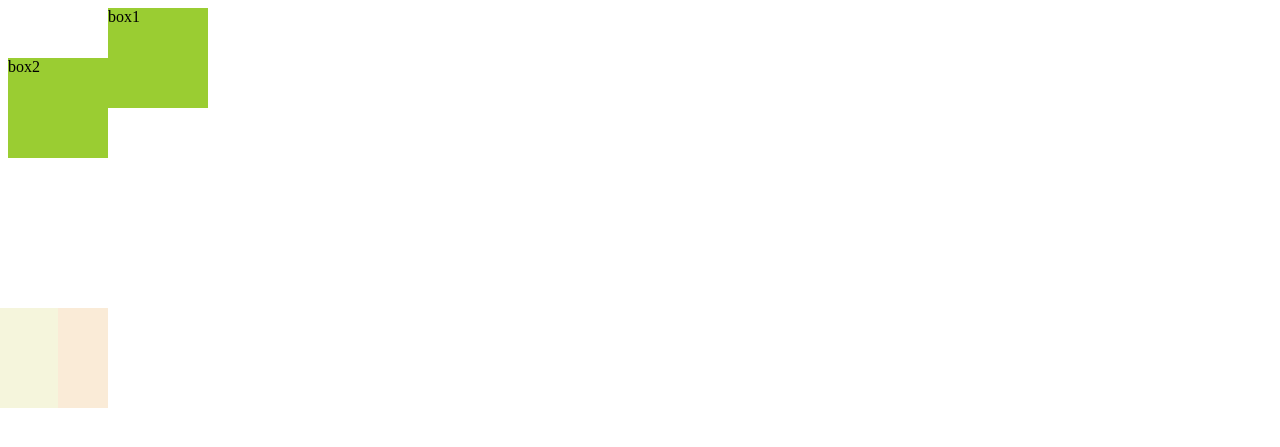
Repository: northpx/animation
Page: index.html
These files come from the project's save history. The page is drawn as it stood at one moment and after a run of saves; the edit follows.
The browser window is 1280 px wide. The pictures show the whole page.

Above is the page before, as saved 2022-12-19 19:26:41.

After the next 5 saves:
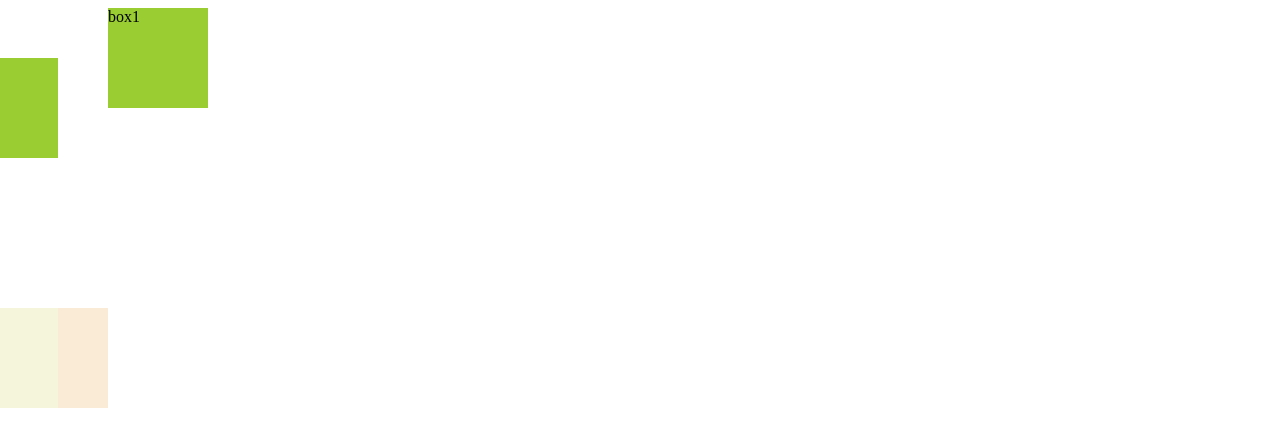
The 5 saves are shown as one change because they came seconds apart.
The last was saved 15 s later.
--- a/style.css
+++ b/style.css
@@ -31,7 +31,7 @@
     background-color: yellowgreen;
     top: 50%;
     left: 50%;
-    transform: translateY(-50px);
+    transform: translate(-50%, -50%);
 }
 
 .box3{
